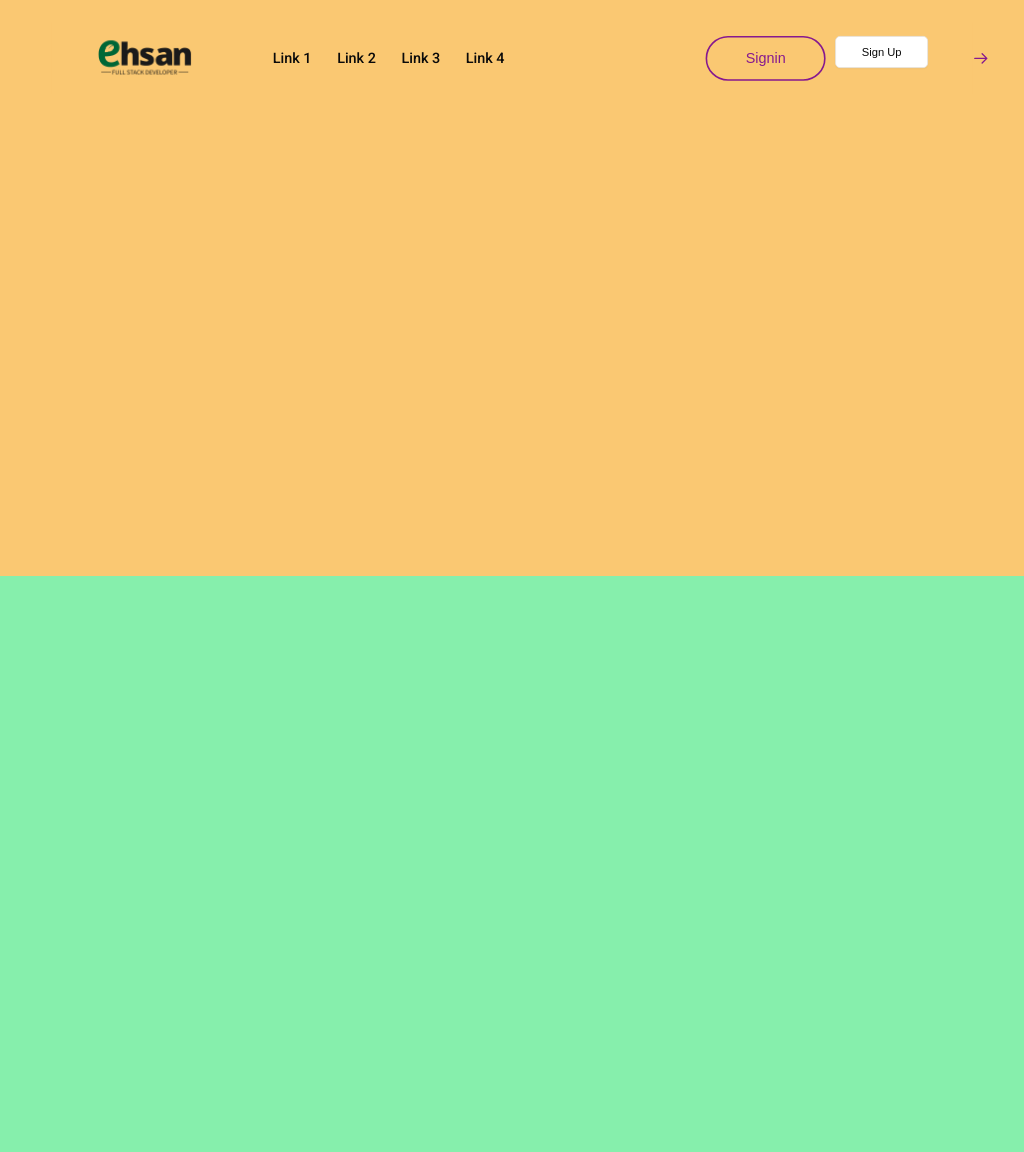
Repository: FrontendProjectsNL/mijn-portfolio-project
Page: /exercise
An editor plug-in stored every save of this project. The page is shown before and after the next save, followed by the edit.
The browser window is 1280 px wide. The pictures show the whole page, at 80% of full size.
The project was rebuilt for these pictures with package versions that can differ from the ones it lists, and the page was loaded fresh each time. The framework's server and built-in components were replaced by stand-ins that run in the browser. Also part of the build but not shown: next.config.mjs.

Above is the page before, as saved 2024-10-25 12:59:45.

### app/layout.tsx
import type { Metadata } from 'next';
import localFont from 'next/font/local';

import { Roboto, Fira_Code, HelveticaNowDisplay } from 'next/font/google';

import './globals.css';

const geistSans = localFont({
  src: './fonts/GeistVF.woff',
  variable: '--font-geist-sans',
  weight: '100 900',
});
const geistMono = localFont({
  src: './fonts/GeistMonoVF.woff',
  variable: '--font-geist-mono',
  weight: '100 900',
});

const roboto = Roboto({
  subsets: ['latin'],
  weight: ['300', '400', '500', '700'],
  variable: '--font-roboto',
});

const firaCode = Fira_Code({
  subsets: ['latin'],
  weight: ['300', '400', '500', '700'],
  variable: '--font-fira-code',
});

export const metadata: Metadata = {
  title: 'Create Next App',
  description: 'Generated by create next app',
};

export default function RootLayout({
  children,
}: Readonly<{
  children: React.ReactNode;
}>) {
  return (
    <html lang="en">
      <body
        className={`${roboto.variable} ${firaCode.variable} ${geistSans.variable} ${geistMono.variable} antialiased`}
      >
        {children}
      </body>
    </html>
  );
}

### app/exercise/page.tsx
'use client';

import Image from 'next/image';
import Link from 'next/link';
import { useEffect, useState } from 'react';
import logo from '/public/EhsanLogo-transparent.png';
import { Button } from '@/components/ui/button';

interface PageProps {}

const Page: React.FC<PageProps> = () => {
  const [isShrunk, setIsShrunk] = useState<boolean>(false);

  useEffect(() => {
    const handleScroll = () => {
      if (window.scrollY > 70) {
        setIsShrunk(true);
      } else {
        setIsShrunk(false);
      }
    };

    window.addEventListener('scroll', handleScroll);

    return () => {
      window.removeEventListener('scroll', handleScroll);
    };
  }, []);

  return (
    // <div className="max-w-8xl w-full font-roboto mx-auto">
    <div className="">
      <nav
        className={`px-14 fixed transition-all duration-300 ease-linear bg-[#FAC872] flex justify-between items-center ${
          isShrunk
            ? 'h-[75px] w-[60%] rounded-3xl mx-auto top-5'
            : 'h-[90px] w-[90%] opacity-100 top-7'
        }`}
        style={{
          left: '50%',
          transform: 'translateX(-50%)', // Center horizontally
        }}
      >
        <div className="flex items-center ">
          <Link href={'/'} className="font-medium text-lg mr-20">
            <Image src={logo} width={125} height={50} />
          </Link>
          <ul className="flex">
            <li>
              <Link
                href=""
                className="px-4 py-2 cursor text-lg font-medium font-roboto"
              >
                Link 1
              </Link>
            </li>
            <li>
              <Link
                href=""
                className="px-4 py-2 cursor text-lg font-medium font-roboto"
              >
                Link 2
              </Link>
            </li>
            <li>
              <Link
                href=""
                className="px-4 py-2 cursor text-lg font-medium font-roboto"
              >
                Link 3
              </Link>
            </li>
            <li>
              <Link
                href=""
                className="px-4 py-2 cursor text-lg font-medium font-roboto"
              >
                Link 4
              </Link>
            </li>
          </ul>
        </div>
        <div className="flex gap-3">
          <button className="group relativ  inline-flex items-center overflow-hidden rounded-full border-2 border-fuchsia-800 px-12 py-3 text-lg font-medium text-fuchsia-800 hover:bg-gray-50 hover:text-white">
            <span className="duration-400 ease absolute left-0 top-1/2 block h-0 w-full bg-fuchsia-800 opacity-100 transition-all group-hover:top-0 group-hover:h-full"></span>
            <span className="ease absolute right-0 flex h-10 w-10 translate-x-full transform items-center justify-start duration-500 group-hover:-translate-x-2">
              <svg
                className="h-5 w-5"
                fill="none"
                stroke="currentColor"
                viewBox="0 0 24 24"
                xmlns="http://www.w3.org/2000/svg"
              >
                <path
                  stroke-linecap="round"
                  stroke-linejoin="round"
                  stroke-width="2"
                  d="M14 5l7 7m0 0l-7 7m7-7H3"
                ></path>
              </svg>
            </span>
            <span className="relative transform duration-700 group-hover:-translate-x-3">
              Signin
            </span>
          </button>

          <Button size={'lg'} variant={'outline'}>
            Sign Up
          </Button>
        </div>
      </nav>

      <section className="w-full h-screen bg-[#FAC872]"></section>
      <section className="w-full h-screen bg-green-300"></section>
    </div>
  );
};

export default Page;

### app/globals.css
@tailwind base;
@tailwind components;
@tailwind utilities;

body {
  font-family: Arial, Helvetica, sans-serif;
}

@layer utilities {
  .text-balance {
    text-wrap: balance;
  }
}

@layer base {
  :root {
    --background: 0 0% 100%;
    --foreground: 0 0% 3.9%;
    --card: 0 0% 100%;
    --card-foreground: 0 0% 3.9%;
    --popover: 0 0% 100%;
    --popover-foreground: 0 0% 3.9%;
    --primary: 0 0% 9%;
    --primary-foreground: 0 0% 98%;
    --secondary: 0 0% 96.1%;
    --secondary-foreground: 0 0% 9%;
    --muted: 0 0% 96.1%;
    --muted-foreground: 0 0% 45.1%;
    --accent: 0 0% 96.1%;
    --accent-foreground: 0 0% 9%;
    --destructive: 0 84.2% 60.2%;
    --destructive-foreground: 0 0% 98%;
    --border: 0 0% 89.8%;
    --input: 0 0% 89.8%;
    --ring: 0 0% 3.9%;
    --chart-1: 12 76% 61%;
    --chart-2: 173 58% 39%;
    --chart-3: 197 37% 24%;
    --chart-4: 43 74% 66%;
    --chart-5: 27 87% 67%;
    --radius: 0.5rem;
  }
  .dark {
    --background: 0 0% 3.9%;
    --foreground: 0 0% 98%;
    --card: 0 0% 3.9%;
    --card-foreground: 0 0% 98%;
    --popover: 0 0% 3.9%;
    --popover-foreground: 0 0% 98%;
    --primary: 0 0% 98%;
    --primary-foreground: 0 0% 9%;
    --secondary: 0 0% 14.9%;
    --secondary-foreground: 0 0% 98%;
    --muted: 0 0% 14.9%;
    --muted-foreground: 0 0% 63.9%;
    --accent: 0 0% 14.9%;
    --accent-foreground: 0 0% 98%;
    --destructive: 0 62.8% 30.6%;
    --destructive-foreground: 0 0% 98%;
    --border: 0 0% 14.9%;
    --input: 0 0% 14.9%;
    --ring: 0 0% 83.1%;
    --chart-1: 220 70% 50%;
    --chart-2: 160 60% 45%;
    --chart-3: 30 80% 55%;
    --chart-4: 280 65% 60%;
    --chart-5: 340 75% 55%;
  }
}

@layer base {
  * {
    @apply border-border;
  }
  body {
    @apply bg-background text-foreground;
  }
}

@keyframes fill-up {
  0% {
    background-position: 0 100%;
  }
  100% {
    background-position: 0 0;
  }
}

### components/ui/button.tsx
import * as React from "react"
import { Slot } from "@radix-ui/react-slot"
import { cva, type VariantProps } from "class-variance-authority"

import { cn } from "@/lib/utils"

const buttonVariants = cva(
  "inline-flex items-center justify-center gap-2 whitespace-nowrap rounded-md text-sm font-medium transition-colors focus-visible:outline-none focus-visible:ring-1 focus-visible:ring-ring disabled:pointer-events-none disabled:opacity-50 [&_svg]:pointer-events-none [&_svg]:size-4 [&_svg]:shrink-0",
  {
    variants: {
      variant: {
        default:
          "bg-primary text-primary-foreground shadow hover:bg-primary/90",
        destructive:
          "bg-destructive text-destructive-foreground shadow-sm hover:bg-destructive/90",
        outline:
          "border border-input bg-background shadow-sm hover:bg-accent hover:text-accent-foreground",
        secondary:
          "bg-secondary text-secondary-foreground shadow-sm hover:bg-secondary/80",
        ghost: "hover:bg-accent hover:text-accent-foreground",
        link: "text-primary underline-offset-4 hover:underline",
      },
      size: {
        default: "h-9 px-4 py-2",
        sm: "h-8 rounded-md px-3 text-xs",
        lg: "h-10 rounded-md px-8",
        icon: "h-9 w-9",
      },
    },
    defaultVariants: {
      variant: "default",
      size: "default",
    },
  }
)

export interface ButtonProps
  extends React.ButtonHTMLAttributes<HTMLButtonElement>,
    VariantProps<typeof buttonVariants> {
  asChild?: boolean
}

const Button = React.forwardRef<HTMLButtonElement, ButtonProps>(
  ({ className, variant, size, asChild = false, ...props }, ref) => {
    const Comp = asChild ? Slot : "button"
    return (
      <Comp
        className={cn(buttonVariants({ variant, size, className }))}
        ref={ref}
        {...props}
      />
    )
  }
)
Button.displayName = "Button"

export { Button, buttonVariants }

### tailwind.config.ts
import { Roboto } from 'next/font/google';
import type { Config } from 'tailwindcss';

const config: Config = {
  darkMode: ['class'],
  content: [
    './pages/**/*.{js,ts,jsx,tsx,mdx}',
    './components/**/*.{js,ts,jsx,tsx,mdx}',
    './app/**/*.{js,ts,jsx,tsx,mdx}',
  ],

  theme: {
    extend: {
      // You can define custom animations here
      // keyframes: {
      //   slideKeyframe: {
      //     '0%': { transform: 'translateX(0)' },
      //     '100%': { transform: 'translateX(100%)' },
      //   },
      // },
      // animation: {
      //   slideAnimation: 'slideKeyframe 0.5s ease-in-out',
      // },
      fontFamily: {
        roboto: ['var(--font-roboto)', 'sans-serif'],
        firaCode: ['var(--font-fira-code)', 'monospace'],
      },
      colors: {
        background: 'hsl(var(--background))',
        foreground: 'hsl(var(--foreground))',
        card: {
          DEFAULT: 'hsl(var(--card))',
          foreground: 'hsl(var(--card-foreground))',
        },
        popover: {
          DEFAULT: 'hsl(var(--popover))',
          foreground: 'hsl(var(--popover-foreground))',
        },
        primary: {
          DEFAULT: 'hsl(var(--primary))',
          foreground: 'hsl(var(--primary-foreground))',
        },
        secondary: {
          DEFAULT: 'hsl(var(--secondary))',
          foreground: 'hsl(var(--secondary-foreground))',
        },
        muted: {
          DEFAULT: 'hsl(var(--muted))',
          foreground: 'hsl(var(--muted-foreground))',
        },
        accent: {
          DEFAULT: 'hsl(var(--accent))',
          foreground: 'hsl(var(--accent-foreground))',
        },
        destructive: {
          DEFAULT: 'hsl(var(--destructive))',
          foreground: 'hsl(var(--destructive-foreground))',
        },
        border: 'hsl(var(--border))',
        input: 'hsl(var(--input))',
        ring: 'hsl(var(--ring))',
        chart: {
          '1': 'hsl(var(--chart-1))',
          '2': 'hsl(var(--chart-2))',
          '3': 'hsl(var(--chart-3))',
          '4': 'hsl(var(--chart-4))',
          '5': 'hsl(var(--chart-5))',
        },
      },
      borderRadius: {
        lg: 'var(--radius)',
        md: 'calc(var(--radius) - 2px)',
        sm: 'calc(var(--radius) - 4px)',
      },
    },
  },
  plugins: [require('tailwindcss-animate')],
};
export default config;

Loaded but not shown: lib/utils.ts (common file)

After the next save:
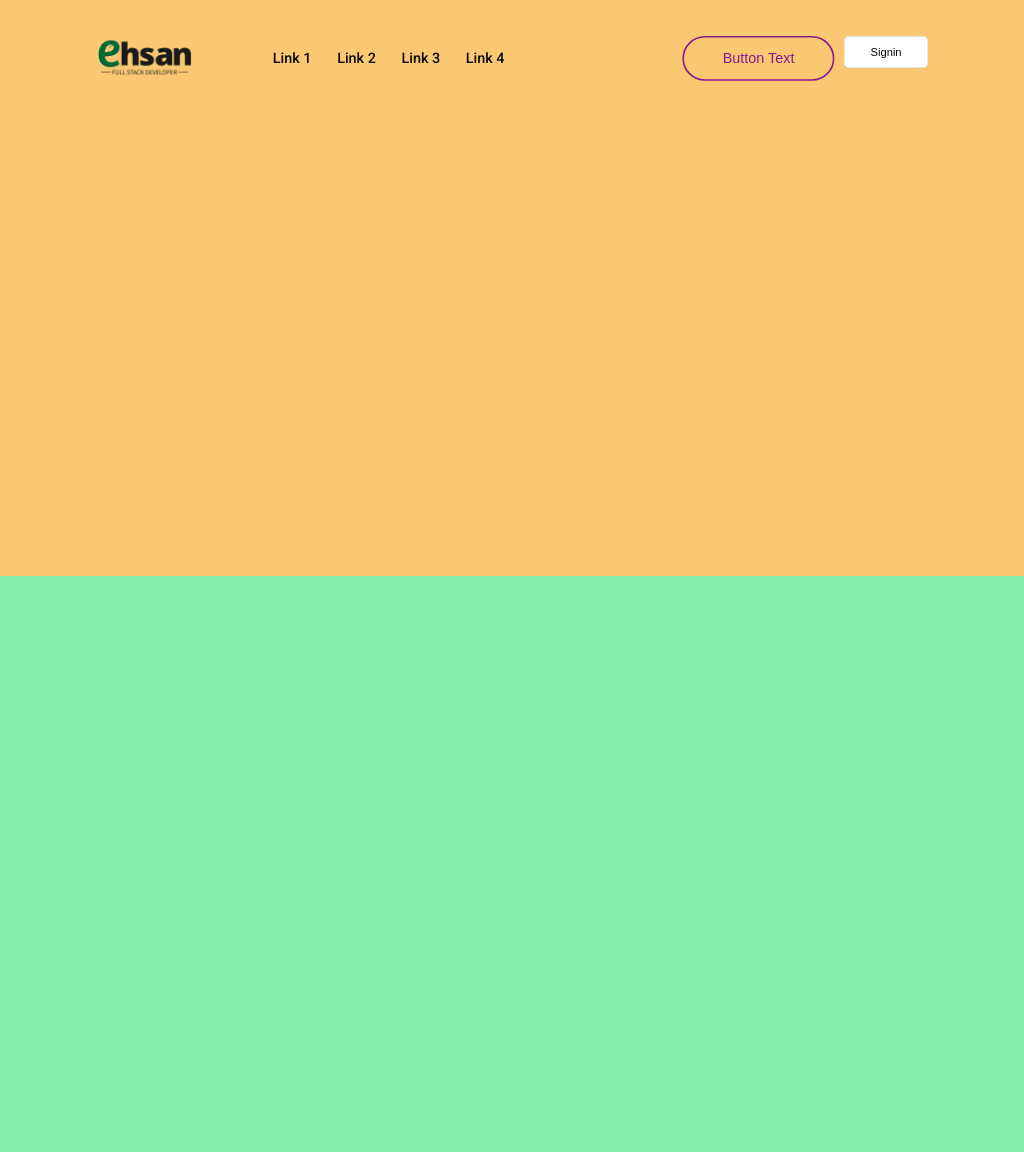
Saved 29 s later.
--- a/app/exercise/page.tsx
+++ b/app/exercise/page.tsx
@@ -81,11 +81,11 @@ const Page: React.FC<PageProps> = () => {
           </ul>
         </div>
         <div className="flex gap-3">
-          <button className="group relativ  inline-flex items-center overflow-hidden rounded-full border-2 border-fuchsia-800 px-12 py-3 text-lg font-medium text-fuchsia-800 hover:bg-gray-50 hover:text-white">
-            <span className="duration-400 ease absolute left-0 top-1/2 block h-0 w-full bg-fuchsia-800 opacity-100 transition-all group-hover:top-0 group-hover:h-full"></span>
-            <span className="ease absolute right-0 flex h-10 w-10 translate-x-full transform items-center justify-start duration-500 group-hover:-translate-x-2">
+          <button class="group relative inline-flex items-center overflow-hidden rounded-full border-2 border-fuchsia-800 px-12 py-3 text-lg font-medium text-fuchsia-800 hover:bg-gray-50 hover:text-white">
+            <span class="duration-400 ease absolute left-0 top-1/2 block h-0 w-full bg-fuchsia-800 opacity-100 transition-all group-hover:top-0 group-hover:h-full"></span>
+            <span class="ease absolute right-0 flex h-10 w-10 translate-x-full transform items-center justify-start duration-500 group-hover:-translate-x-2">
               <svg
-                className="h-5 w-5"
+                class="h-5 w-5"
                 fill="none"
                 stroke="currentColor"
                 viewBox="0 0 24 24"
@@ -99,13 +99,13 @@ const Page: React.FC<PageProps> = () => {
                 ></path>
               </svg>
             </span>
-            <span className="relative transform duration-700 group-hover:-translate-x-3">
-              Signin
+            <span class="relative transform duration-700 group-hover:-translate-x-3">
+              Button Text
             </span>
           </button>
 
           <Button size={'lg'} variant={'outline'}>
-            Sign Up
+            Signin
           </Button>
         </div>
       </nav>
